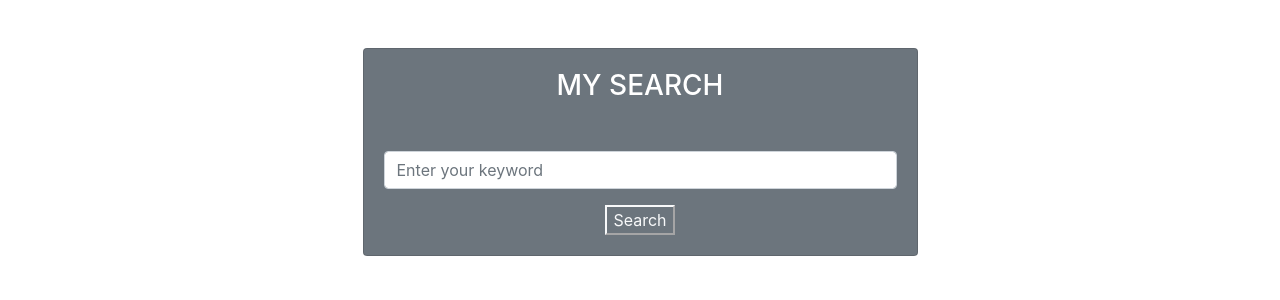
Repository: Himanshu-GitRepo/SpringMVCDurgesh
Page: http://localhost/springmvcsearch/home
These files come from the project's save history. The page is drawn as it stood at one moment and after the next save; the edit follows.
The browser window is 1280 px wide. The pictures show the whole page.
Some web libraries are served in a nearby version. The page is served by Tomcat 9.

Above is the page before, as saved 2021-11-24 08:08:49.

After the next save:
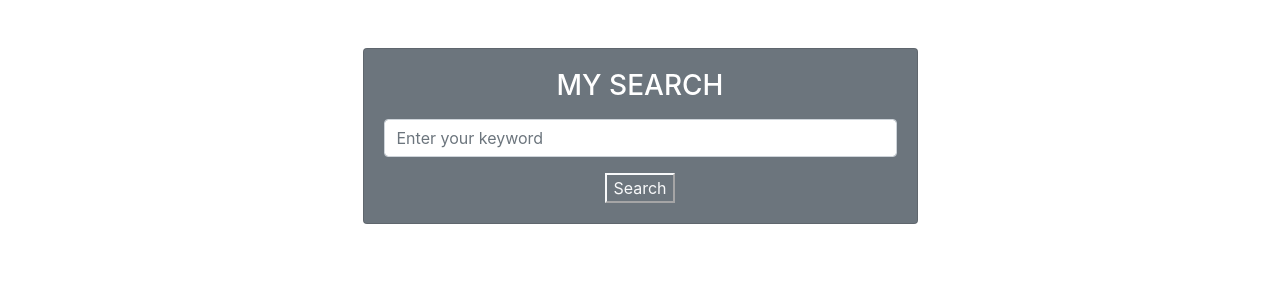
Saved 34 s later.
--- a/springmvcsearch/src/main/webapp/WEB-INF/views/home.jsp
+++ b/springmvcsearch/src/main/webapp/WEB-INF/views/home.jsp
@@ -23,7 +23,7 @@
 
 			<h3 class="text-center text-white" style="text-transform: uppercase">My Search</h3>
 
-				<form class=mt-5>
+				<form class=mt-3>
 
 					<div class="form-group">
 
